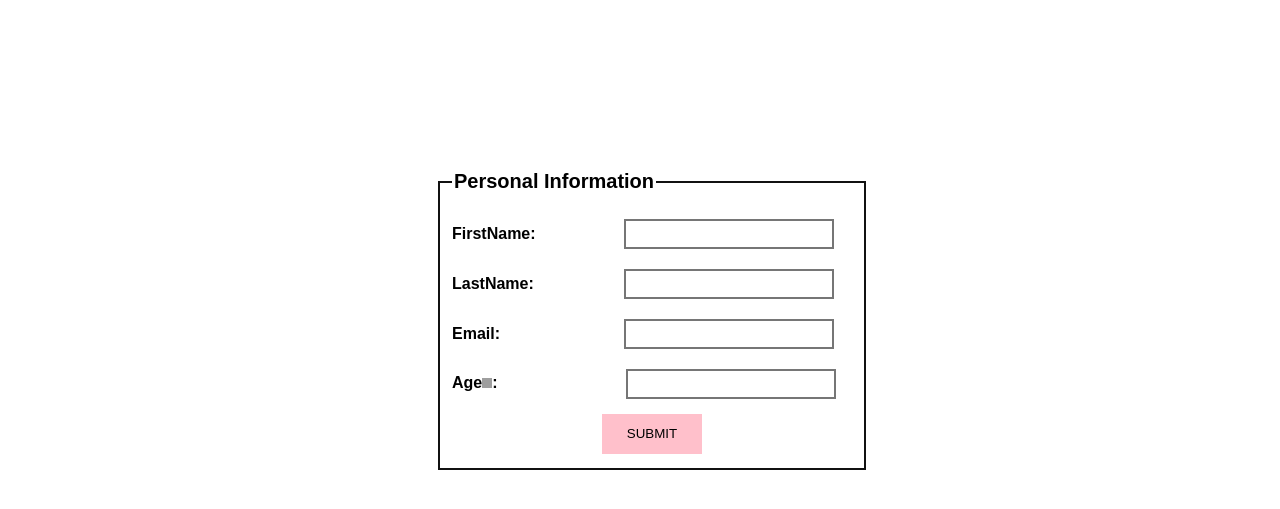
Repository: Femi007-gh/Legend
Page: index.html
These files come from the project's save history. The page is drawn as it stood at one moment and after a run of saves; the edit follows.
The browser window is 1280 px wide. The pictures show the whole page.
Pictures or frames that could not be fetched are drawn as grey boxes.

Above is the page before, as saved 2025-04-04 17:53:02.

### index.html
<html>
  <head>
    <title>LEGEND</title>
    <link rel="stylesheet" href="style.css">
  </head>
  <body>
    <form>
      <fieldset class="field">
        <legend class="ld">Personal Information</legend>
        <label class="first">FirstName:</label>
        <input type="text" class="FN"><br>

        <label class="last">LastName:</label>
        <input type="text" class="LN"> <br>

        <label class="mail">Email:</label>
        <input type="text" class="email"> <br>

        <label class="yourage">Age<img src="doc.jpg" class="doc">:</label>
        <input type="text" class="age"> <br>

        <button class="sub">SUBMIT</button>
      </fieldset>
    </form>
  </body>
</html>

### style.css
body {
  font-family:Arial, Helvetica, sans-serif;
  font-weight: bold;
}

.ld {
  font-size: 20px;
}

.doc {
  height: 10px;
  width: 10px;
}

.field {
  border: 2px solid #111;
  width: 400px;
  height: 280px;
  margin-left: 430px;
  margin-top: 170px;
}

.FN {
  margin-top: 20px;
  margin-left: 84px;
  border-style: solid;
  height: 30px;
  width: 210px;
}

.LN {
  margin-top: 20px;
  margin-left: 86px;
  border-style: solid;
  height: 30px;
  width: 210px;
}

.email {
  margin-top: 20px;
  margin-left:120px;
  height: 30px;
  border-style: solid;
  width: 210px;
}

.age {
  margin-top: 20px;
  margin-left: 124px;
  border-style: solid;
  height: 30px;
  width: 210px;
}

.sub {
  height: 40px;
  width: 100px;
  margin-left: 150px;
  margin-top: 15px;
  border: none;
  background-color: pink;
  border-style: bold;
}

After the next 2 saves:
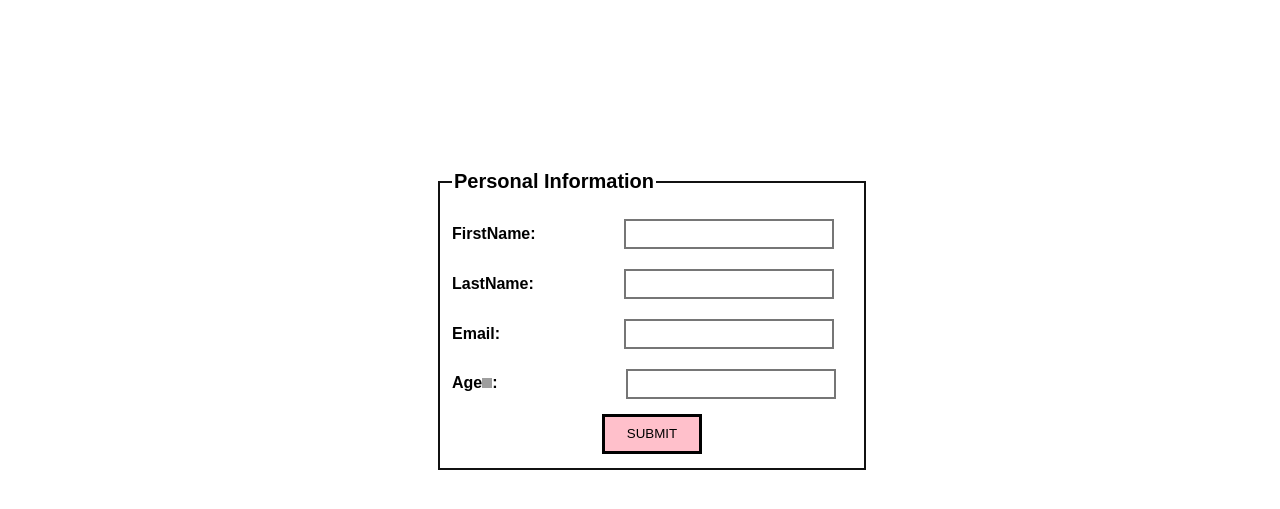
The 2 saves are shown as one change because they came seconds apart.
The last was saved 7 s later.
--- a/style.css
+++ b/style.css
@@ -59,5 +59,6 @@ body {
   margin-top: 15px;
   border: none;
   background-color: pink;
-  border-style: bold;
+  border-style: solid;
+
 }
